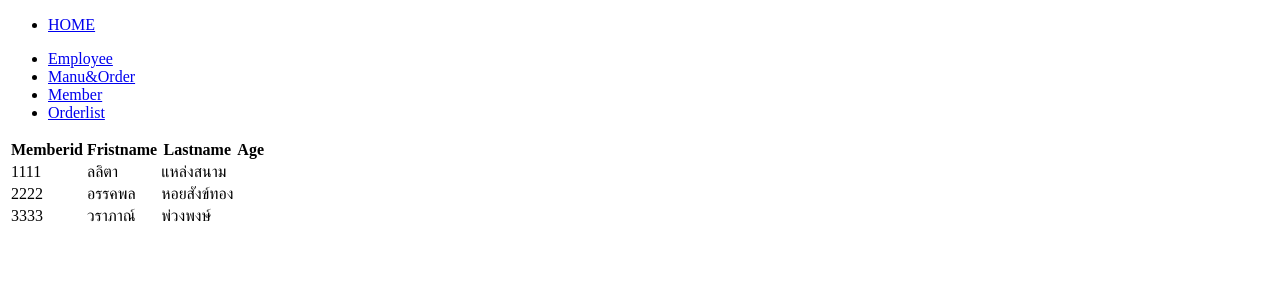
Repository: WarapornPum/OoadProject
Page: http://localhost/PizzaOrderSystem/Member.jsp
The author's editor kept a copy of each file at every save. The page is drawn from the files as they stood at one save, then again after the next save.
The browser window is 1280 px wide. The pictures show the whole page.
The page is served by Tomcat 9.

Above is the page before, as saved 2019-02-17 15:54:30.

After the next save:
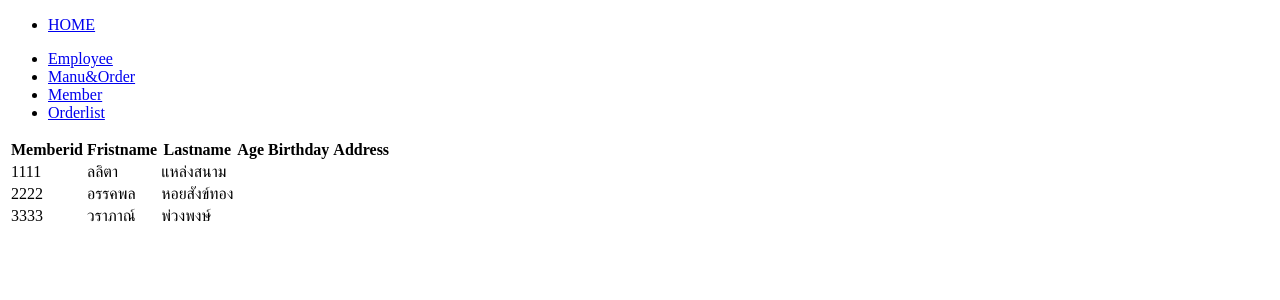
Saved 111 s later.
--- a/PizzaOrderSystem/WebContent/Member.jsp
+++ b/PizzaOrderSystem/WebContent/Member.jsp
@@ -36,6 +36,8 @@
 							<th>Fristname</th>
 							<th>Lastname</th>
 							<th>Age</th>
+							<th>Birthday</th>
+							<th>Address</th>
 						</tr>
 					</thead>
 					<tbody>
